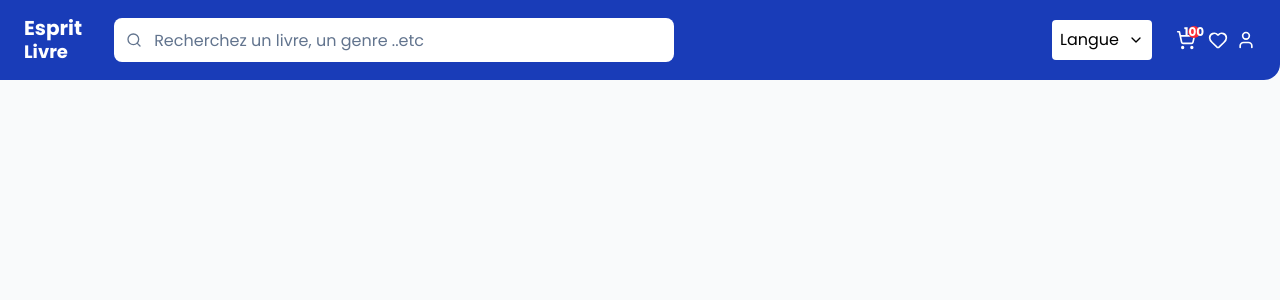
Repository: oussamabenberkane/esprit-livre-front
Page: /
An editor plug-in stored every save of this project. The page is shown before and after the next save, followed by the edit.
The browser window is 1280 px wide. The pictures show the whole page.
The project was rebuilt for these pictures with package versions that can differ from the ones it lists, and the page was loaded fresh each time. Also part of the build but not shown: vite.config.js.

Above is the page before, as saved 2025-09-25 20:20:49.

After the next save:
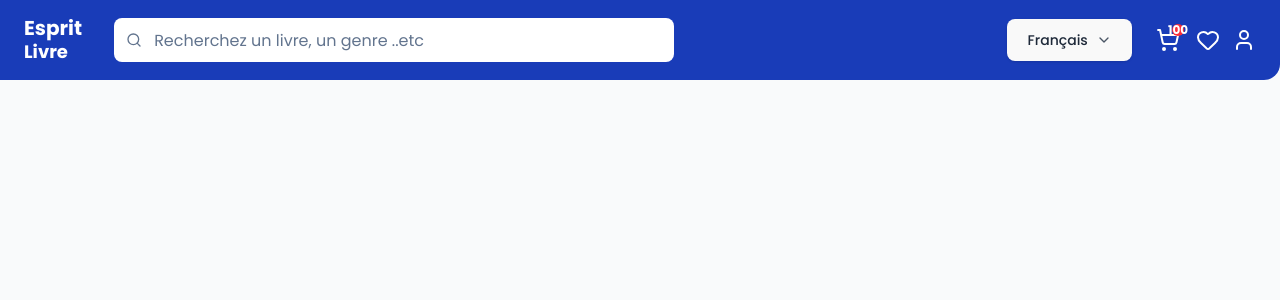
Saved 24 s later.
--- a/src/App.jsx
+++ b/src/App.jsx
@@ -1,4 +1,4 @@
-import Navbar from './components/common/navbar';
+import Navbar from './components/common/Navbar';
 
 function App() {
   return (
